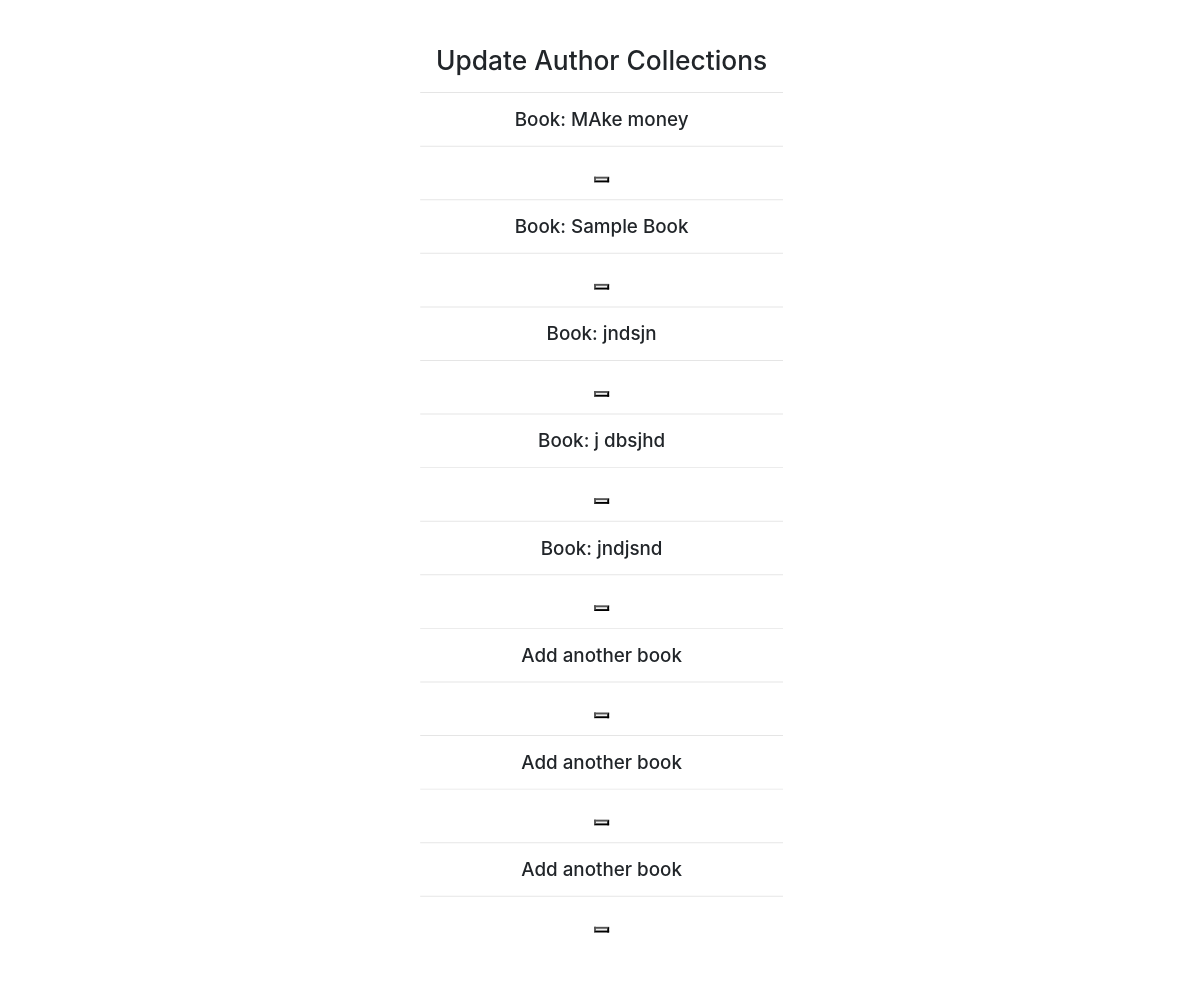
Repository: Temur-Sufiyanov/CBV
Page: http://localhost/author/1/books/edit/
The author's editor kept a copy of each file at every save. The page is drawn from the files as they stood at one save, then again after a run of saves.
The browser window is 1280 px wide. The pictures show the whole page, at 94% of full size.
The page is served by the project's application, run on Django 5.2 (manage.py). Other server files are loaded and not shown. The page reads the database file committed with the project.

Above is the page before, as saved 2024-12-21 19:46:37.

### new_books/templates/new_books/author_books_edit.html
{% extends 'new_books/base.html' %}

{% block title %}
    Editing books for {{author_b.name}}
{% endblock title %}

{% block content %}
    <form action="" method="post" enctype="multipart/form-data">
        {% csrf_token %}
        <h3 class="text-center">Update Author Collections</h3>

        {% for book_form in form.forms %}
            <hr>
            <h5 class="text-center">
                {% if book_form.instance.id %}
                    Book: {{book_form.instance.name}}
                {% else %}
                    {% if form.forms|length > 1 %}
                        Add another book
                    {% else %}
                        Add a book
                    {% endif %}
                {% endif %}
                <table>
                    {{book_from.as_table}}
                </table>
                <p>
                    <hr>
                    <button type="submit"></button>
                </p>
            </h5>
        {% endfor %}
    </form>
{% endblock content %}

### new_books/templates/new_books/base.html
<!DOCTYPE html>
<html lang="en">
<head>
    <meta charset="UTF-8">
    <meta name="viewport" content="width=device-width, initial-scale=1.0">
    <link rel="stylesheet" href="https://stackpath.bootstrapcdn.com/bootstrap/4.5.2/css/bootstrap.min.css">
    <title>{% block title %} Home {% endblock title %}</title>
</head>
<body>
    <main>
        <div class="container-fluid">
            <div class="d-flex align-items-center py-5">
                <div class="col-12 col-md-6 col-lg-4 mx-auto">
                    {% block content %}

                    {% endblock content %}
                </div>
            </div>
        </div>
    </main>
</body>
</html>

### new_books/models.py
from django.db import models
from django.urls import reverse
# Create your models here.

class Author(models.Model):
    name = models.CharField(null=False, blank=False, max_length=255)#

    def get_absolute_url(self):
        return reverse('books:author_detail', kwargs={'pk': self.pk})

    def __str__(self):
        return self.name


class Book(models.Model):
    name = models.CharField(null=False, blank=False, max_length=255)
    author = models.ForeignKey('Author', null=False, blank=False, on_delete=models.CASCADE, related_name='book_author')


    def __str__(self):
        return self.name

### new_books/views.py
from django.shortcuts import render, HttpResponseRedirect
from django.urls import reverse
from django.views.generic import (TemplateView, ListView, CreateView, DetailView, FormView)
from .models import Author
from django.contrib import messages
from django.views.generic.detail import SingleObjectMixin
from .forms import AuthorBooksFormset


class HomeView(TemplateView):
    template_name = 'new_books/home.html'


class AuthorView(ListView):
    model = Author
    template_name = 'new_books/author_list.html'
    context_object_name = 'authors'


class AuthorDetailView(DetailView):
    model = Author
    template_name = 'new_books/author_detail.html'
    context_object_name = 'auth'


class AuthorCreateview(CreateView):
    model = Author
    template_name = 'new_books/author_create.html'
    fields = ['name',]


    def form_valid(self, form):

        messages.add_message(
            self.request,
            messages.SUCCESS,
            'The Author has been created'
        )

        return super().form_valid(form)

class AuthorBooksEdit(SingleObjectMixin, FormView):

    model = Author
    template_name = 'new_books/author_books_edit.html'
    context_object_name = 'author_b'

    def get(self, request, *args, **kwargs):
        self.object = self.get_object(queryset=Author.objects.all())
        return super().get(request, *args, **kwargs)

    def post(self, request, *args, **kwargs):
        self.object = self.get_+object(queryset=Author.objects.all())
        return super().get(request, *args, **kwargs)

    def get_form(self, form_class = None):

        return AuthorBooksFormset(**self.get_form_kwargs(), instance = self.object)

    def form_valid(self, form):
        form.save()

        messages.add_message(
            self.request,
            messages.SUCCESS,
            'Changes were saved!'
        )

        return HttpResponseRedirect(self.get_success_url())

    def get_success_url(self):
        return reverse('books:author_detail')

### core/urls.py
"""
URL configuration for core project.

The `urlpatterns` list routes URLs to views. For more information please see:
    https://docs.djangoproject.com/en/5.1/topics/http/urls/
Examples:
Function views
    1. Add an import:  from my_app import views
    2. Add a URL to urlpatterns:  path('', views.home, name='home')
Class-based views
    1. Add an import:  from other_app.views import Home
    2. Add a URL to urlpatterns:  path('', Home.as_view(), name='home')
Including another URLconf
    1. Import the include() function: from django.urls import include, path
    2. Add a URL to urlpatterns:  path('blog/', include('blog.urls'))
"""
from django.contrib import admin
from django.urls import path, include

urlpatterns = [
    path('admin/', admin.site.urls),
    # path('', include('cbv.urls')),
    path('',include('new_books.urls', namespace='books' )),
]

### new_books/urls.py
from django.urls import path
from .views import (HomeView, AuthorView, AuthorCreateview, AuthorDetailView, AuthorBooksEdit)

app_name = 'books'

urlpatterns = [
    path('', HomeView.as_view(), name='home'),
    path('author/', AuthorView.as_view(), name='authors'),
    path('author/add/', AuthorCreateview.as_view(), name='add-author'),
    path('author/<int:pk>/', AuthorDetailView.as_view(), name='author_detail'),
    path('author/<int:pk>/books/edit/', AuthorBooksEdit.as_view(), name='author_books_edit'),
]

### db.sqlite3 (the tables this page reads, as SQL)
CREATE TABLE "new_books_author" ("id" integer NOT NULL PRIMARY KEY AUTOINCREMENT, "name" varchar(255) NOT NULL);
INSERT INTO "new_books_author" VALUES
(1, 'Temur Sufiyanov'),
(2, 'Farrukh Abdurakmonov'),
(3, 'Feruz Juraev'),
(4, 'Headphones'),
(5, 'Feruz'),
(6, 'Feruz!'),
(7, 'Artur');

CREATE TABLE "new_books_book" ("id" integer NOT NULL PRIMARY KEY AUTOINCREMENT, "name" varchar(255) NOT NULL, "author_id" bigint NOT NULL REFERENCES "new_books_author" ("id") DEFERRABLE INITIALLY DEFERRED);
INSERT INTO "new_books_book" VALUES
(1, 'Success', 3),
(2, 'MAke money', 1),
(3, 'Sample Book', 1),
(4, 'jndsjn', 1),
(5, 'j dbsjhd', 1),
(6, 'jndjsnd', 1);

After the next 7 saves:
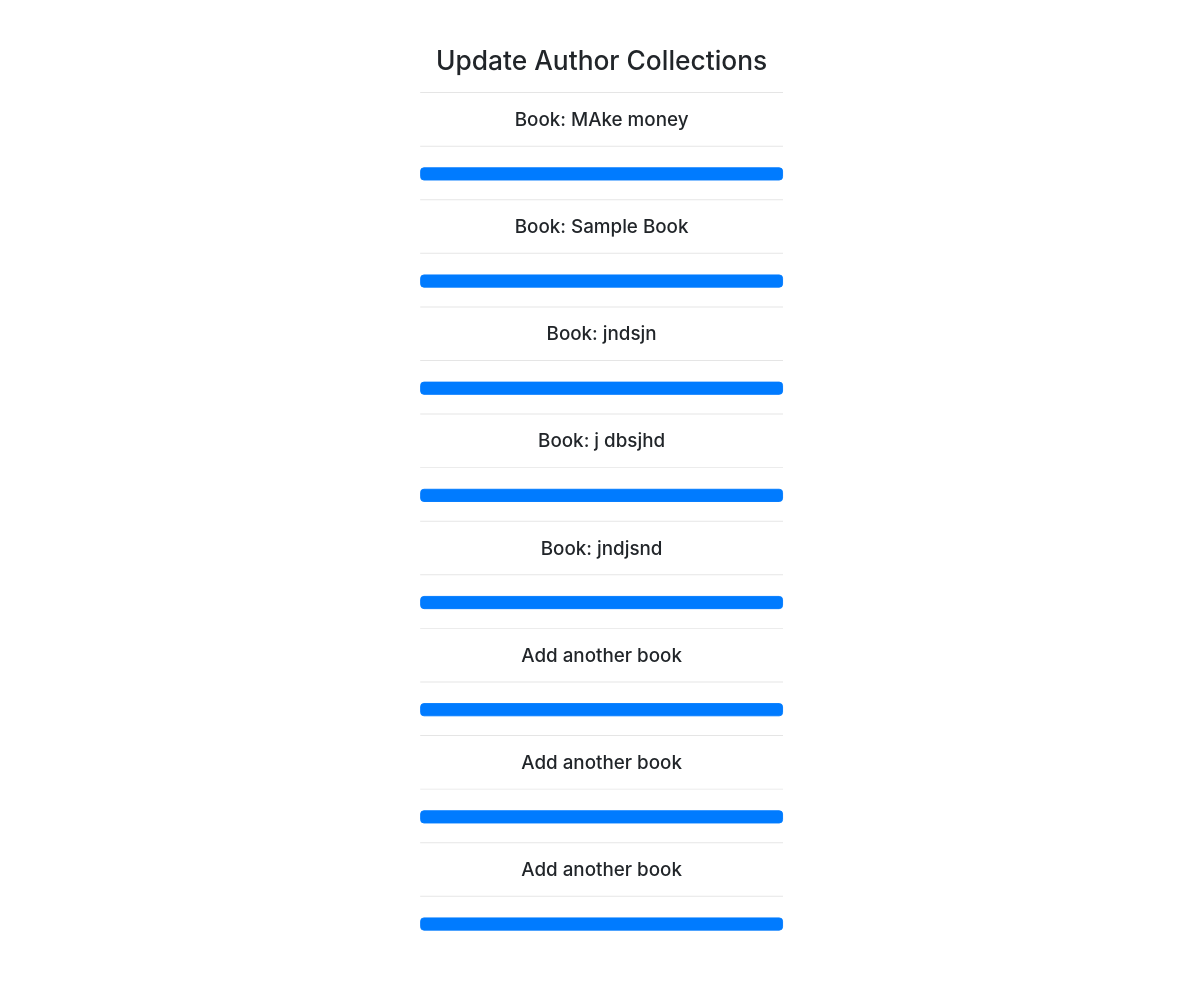
The 7 saves are shown as one change because they came seconds apart.
The last was saved 27 s later.
--- a/new_books/templates/new_books/author_books_edit.html
+++ b/new_books/templates/new_books/author_books_edit.html
@@ -26,7 +26,7 @@
                 </table>
                 <p>
                     <hr>
-                    <button type="submit"></button>
+                    <button type="submit" class="btn btn-primary w-100 "></button>
                 </p>
             </h5>
         {% endfor %}
